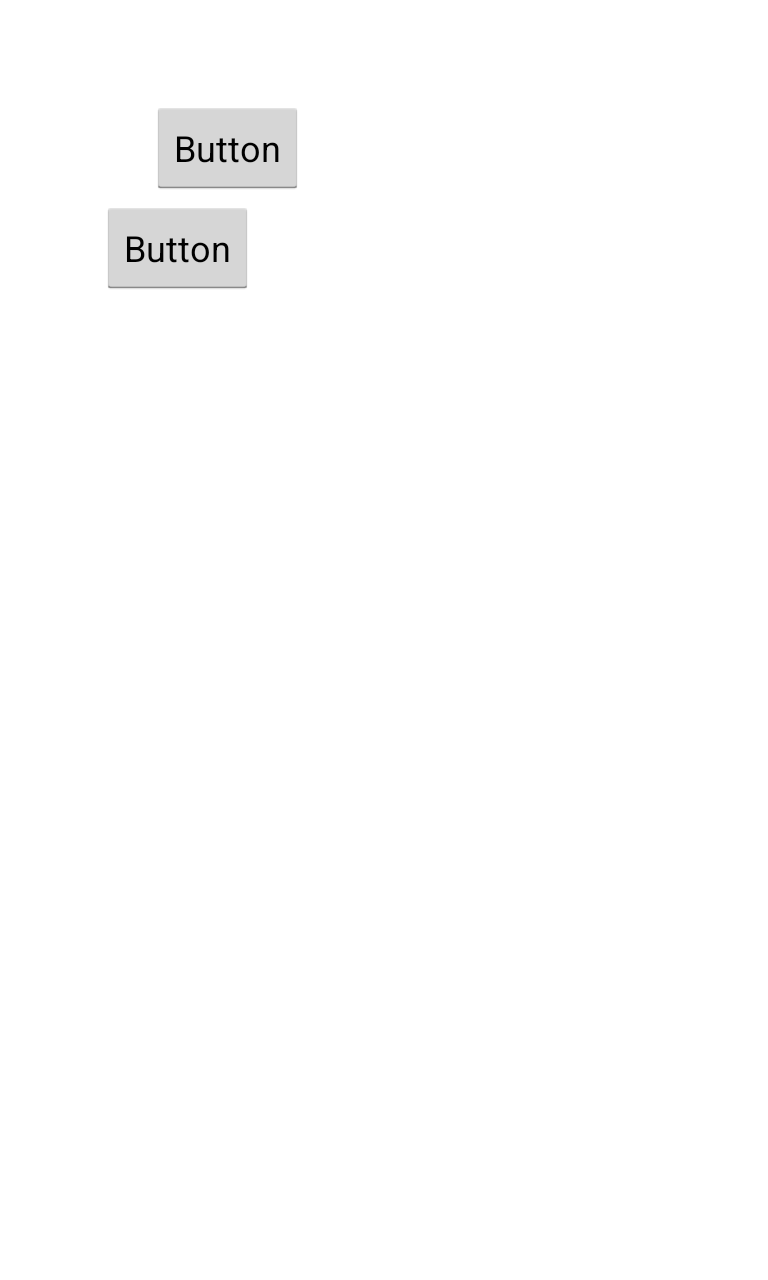
Repository: qq839924354/day01
Layout: code/Layout/res/layout/size.xml
The author's editor kept a copy of each file at every save. The layout is drawn from the files as they stood at one save, then again after the next save.
It is drawn on a 768 x 1280 px phone screen (xhdpi) without system bars, with theme AppTheme; the app's code is not run.

Above is the layout before, as saved 2013-02-28 08:59:32.

After the next save:
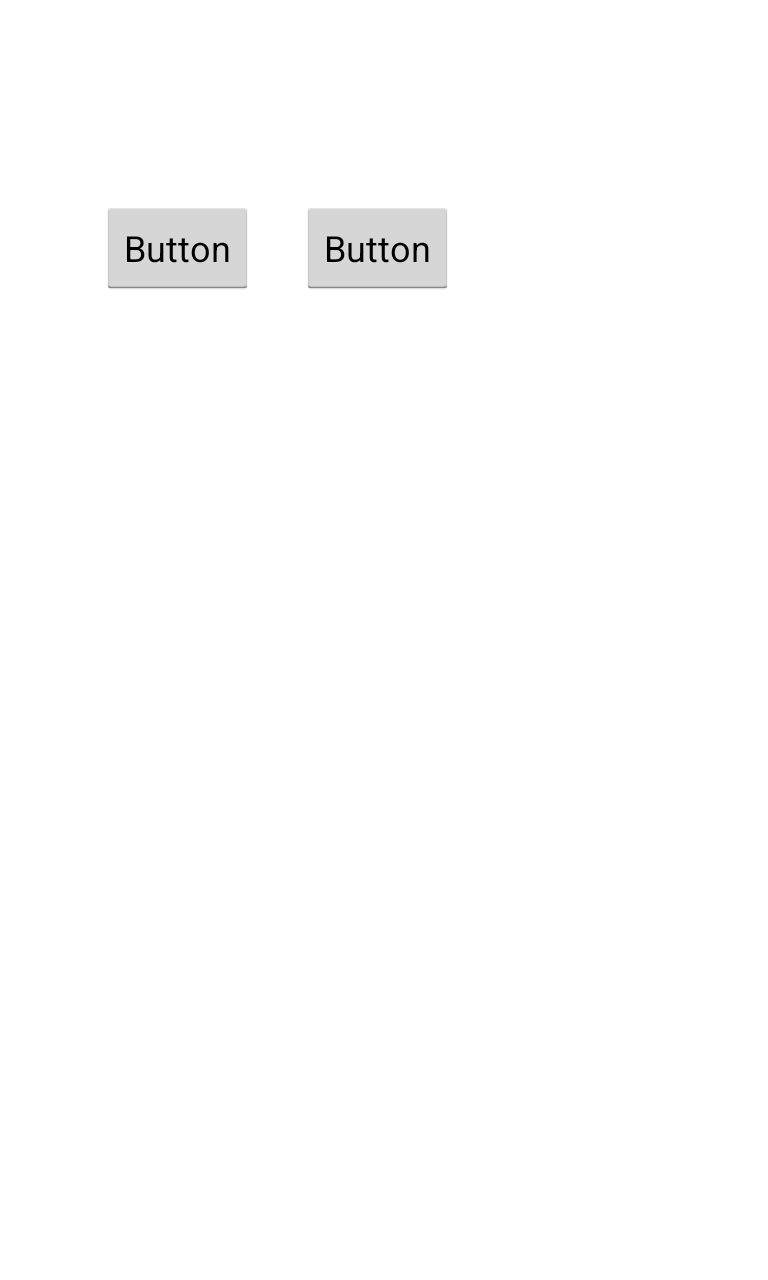
Saved 8 s later.
--- a/code/Layout/res/layout/size.xml
+++ b/code/Layout/res/layout/size.xml
@@ -15,8 +15,8 @@
         android:id="@+id/button2"
         android:layout_width="wrap_content"
         android:layout_height="wrap_content"
-        android:layout_x="150px"
-        android:layout_y="100px"
+        android:layout_x="150dip"
+        android:layout_y="100dp"
         android:text="Button" />
 
 </AbsoluteLayout>
